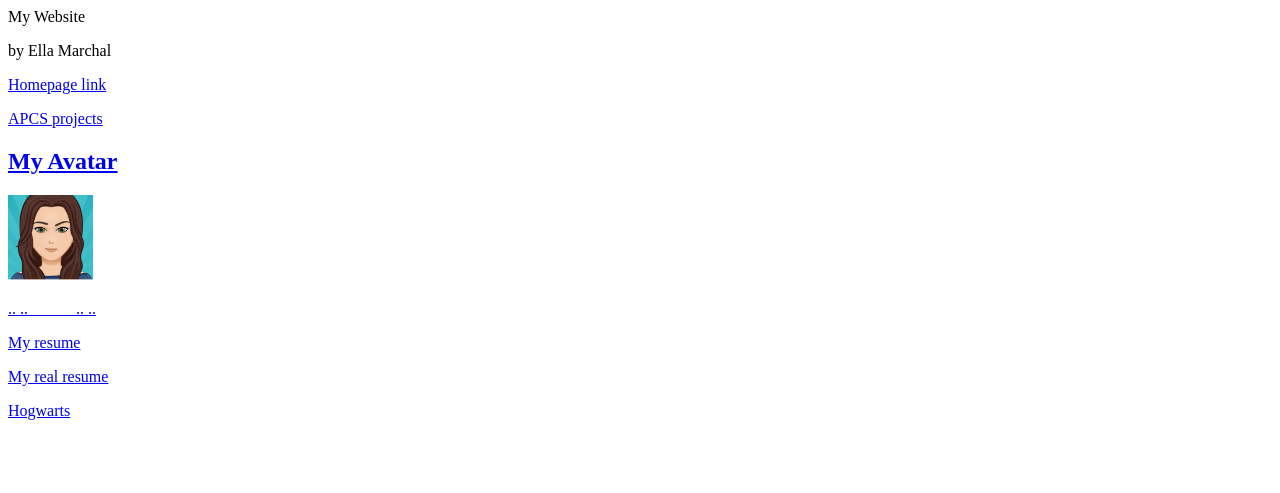
Repository: ella-m/ella-m.github.io
Page: index.html
The author's editor kept a record of every edit. The page is drawn from the files as they stood at one moment, then again after the next edit.
The browser window is 1280 px wide. The pictures show the whole page.

Above is the page before.

### index.html
<!DOCTYPE html>
<html>
<head>
<title>Title Page</title>
</head>
<body>

</h5>My Website</h5>
<p>by Ella Marchal</p>


<p><a href="index.html">Homepage link</p>

<p><a href="apcs.html">APCS projects</p>


<h2>My  Avatar</h2>
<img src="snip-avatar.PNG" alt=" Avatar" width="85" height="85">


<p>..    .. _____ ..   ..</p>
<a href="http://www.theimpossiblequiz.net/impossiblequiz.html" target="_blank"> My resume</a>

<p></p>
<a href="https://docs.google.com/document/d/1KTdh5cYlCag7PgrUSLhIBlvnMqhPqXY-M4aaidGkwqY/edit?usp=sharing" target="_blank"> My real resume</a>

<p></p>
<a href="https://www.wizardingworld.com/" target="_blank">Hogwarts</h>
</body>
</html>

After the next edit:
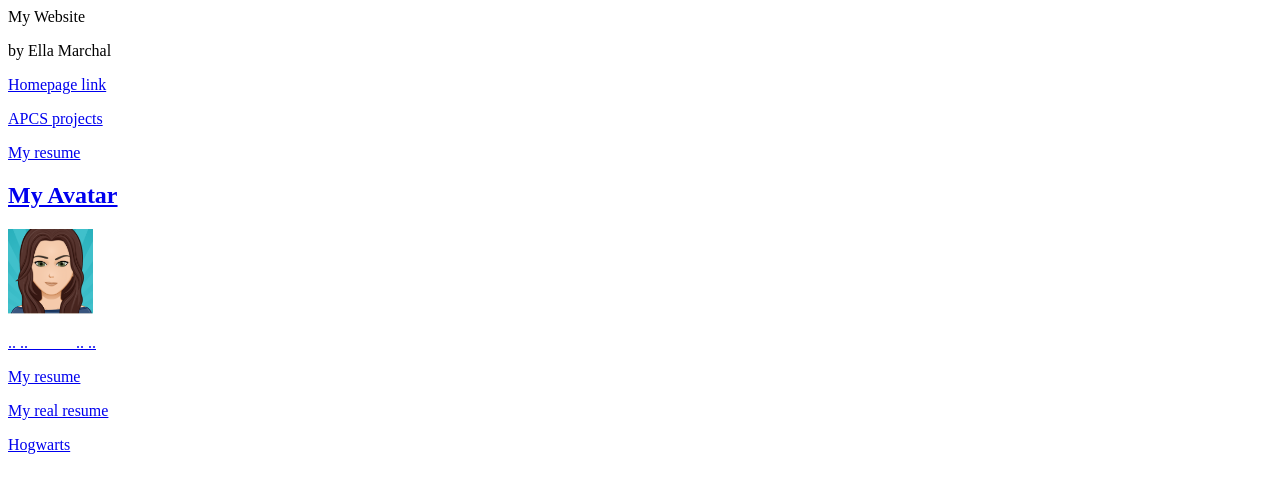
The edit:
--- a/index.html
+++ b/index.html
@@ -13,6 +13,7 @@
 
 <p><a href="apcs.html">APCS projects</p>
 
+<p><a href="Resume.html">My resume</p>
 
 <h2>My  Avatar</h2>
 <img src="snip-avatar.PNG" alt=" Avatar" width="85" height="85">
